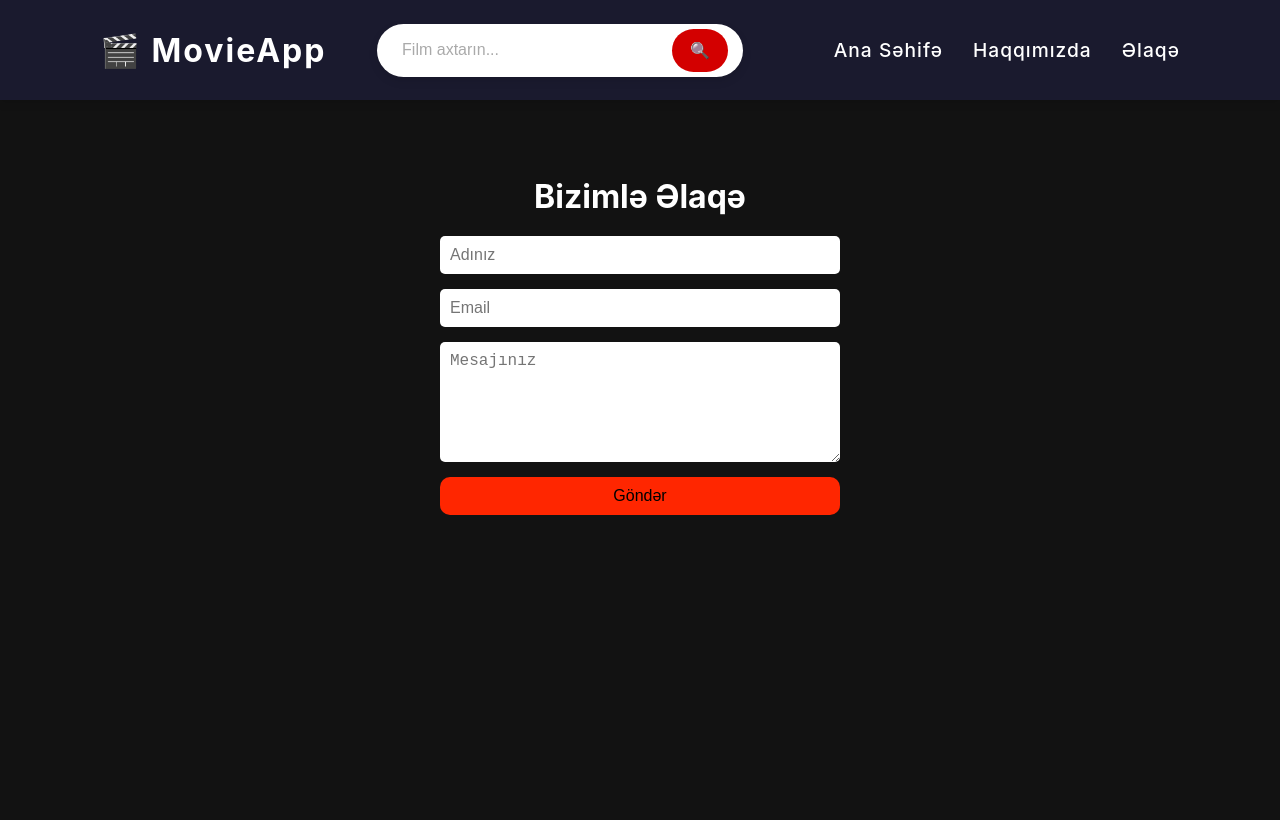
Repository: Zulfiyya077/InternIntelligence_MovieWebsite
Page: /contact
The author's editor kept a copy of each file at every save. The page is drawn from the files as they stood at one save, then again after the next save.
The browser window is 1280 px wide. The pictures show the whole page.
The project was rebuilt for these pictures with package versions that can differ from the ones it lists, and the page was loaded fresh each time. Also part of the build but not shown: vite.config.js, src/services/MovieService.jsx, src/components/MovieCard.module.css, src/components/MovieCard.jsx, src/pages/Home.module.css, src/pages/Home.jsx, src/pages/MovieDetailsPage.module.css, src/pages/MovieDetailsPage.jsx and 5 more.

Above is the page before, as saved 2025-02-24 02:12:35.

### src/App.jsx
import React from 'react';
import { BrowserRouter as Router, Routes, Route } from 'react-router-dom';
import Home from './pages/Home';
import MovieDetailsPage from './pages/MovieDetailsPage';
import Navbar from './components/Navbar';
import styles from './App.module.css';
import About from './pages/About';
import Contact from './pages/Contact';
import SearchResultsPage from './pages/SearchResultsPage';
SearchResultsPage
const App = () => {
    return (
        <Router>
            <div className={styles.app}>
                <Navbar />
                <Routes>
                    <Route path="/" element={<Home />} />
                    <Route path="/about" element={<About />} />
                    <Route path="/contact" element={<Contact />} />
                    <Route path="" element={<SearchResultsPage />} />
                    <Route path="/movie/:id" element={<MovieDetailsPage />} />
                </Routes>
            </div>
        </Router>
    );
};

export default App;

### src/components/Navbar.jsx
import React from 'react';
import { Link } from 'react-router-dom';
import SearchBar from './SearchBar';
import styles from './Navbar.module.css';

const Navbar = () => {
    return (
        <nav className={styles.navbar}>
            <div className={styles.logo}>
                <Link to="/">🎬 MovieApp</Link>
            </div>
            <SearchBar />
            <ul className={styles.navLinks}>
                <li><Link to="/">Ana Səhifə</Link></li>
                <li><Link to="/about">Haqqımızda</Link></li>
                <li><Link to="/contact">Əlaqə</Link></li>
            </ul>
        </nav>
    );
};

export default Navbar;

### src/pages/Contact.jsx
import React, { useState } from 'react';
import styles from './Contact.module.css';

const Contact = () => {
    const [name, setName] = useState('');
    const [email, setEmail] = useState('');
    const [message, setMessage] = useState('');

    const handleSubmit = (e) => {
        e.preventDefault();
        alert(`Təşəkkürlər, ${name}! Mesajınız göndərildi.`);
        setName('');
        setEmail('');
        setMessage('');
    };

    return (
        <div className={styles.contact}>
            <h2>Bizimlə Əlaqə</h2>
            <form onSubmit={handleSubmit}>
                <input
                    type="text"
                    placeholder="Adınız"
                    value={name}
                    onChange={(e) => setName(e.target.value)}
                    required
                />
                <input
                    type="email"
                    placeholder="Email"
                    value={email}
                    onChange={(e) => setEmail(e.target.value)}
                    required
                />
                <textarea
                    placeholder="Mesajınız"
                    value={message}
                    onChange={(e) => setMessage(e.target.value)}
                    required
                ></textarea>
                <button type="submit">Göndər</button>
            </form>
        </div>
    );
};

export default Contact;

### src/components/SearchBar.jsx
import React, { useState } from 'react';
import { useNavigate } from 'react-router-dom';
import styles from './SearchBar.module.css';

const SearchBar = () => {
    const [query, setQuery] = useState('');
    const navigate = useNavigate();

    const handleSearch = (e) => {
        e.preventDefault();
        if (query.trim()) {
            navigate(`/search/${query}`);
            setQuery('');
        }
    };

    return (
        <form onSubmit={handleSearch} className={styles.searchBar}>
            <input
                type="text"
                placeholder="Film axtarın..."
                value={query}
                onChange={(e) => setQuery(e.target.value)}
            />
            <button type="submit">🔍</button>
        </form>
    );
};

export default SearchBar;

### src/components/Navbar.module.css
/* Navbar */
.navbar {
    display: flex;
    align-items: center;
    justify-content: space-between;
    background-color: #2f2f3d; /* Daha qaranlıq bir fon */
    padding: 10px 100px;
    color: white;
    box-shadow: 0 4px 8px rgba(0, 0, 0, 0.1); /* Sıx kölgə əlavə edildi */
    position: sticky;
    top: 0;
    z-index: 1000;
    transition: background-color 0.3s ease;
    height: 80px;
}

.navbar:hover {
    background-color: #1a1a2e; /* Navbar-ın hover effekti */
}

.logo a {
    font-size: 2rem;
    color: white;
    text-decoration: none;
    font-weight: 700;
    letter-spacing: 2px;
    transition: transform 0.3s ease, color 0.3s ease;
}

.logo a:hover {
    transform: scale(1.1); /* Hover effekti ilə logo böyüyəcək */
    color: #ffcc00; /* Hoverda logo rəngi dəyişir */
}

.navLinks {
    list-style: none;
    display: flex;
    gap: 30px;
}

.navLinks li {
    position: relative;
}

.navLinks li a {
    color: white;
    text-decoration: none;
    font-size: 1.2rem;
    font-weight: 500;
    letter-spacing: 1px;
    transition: color 0.3s ease, transform 0.3s ease;
}

.navLinks li a:hover {
    color: #ffcc00;
    transform: translateY(-5px); /* Hoverda yuxarı doğru hərəkət edir */
}

/* Underline hover animation */
.navLinks li a::after {
    content: '';
    position: absolute;
    width: 0;
    height: 2px;
    background-color: #ffcc00;
    left: 50%;
    bottom: -5px;
    transition: width 0.3s, left 0.3s;
    transform: translateX(0%);
}

.navLinks li a:hover::after {
    width: 100%; /* Hover edildikdə alt xətt tam görünür */
    left: 0;
}

/* Animation for navbar items */
.navLinks li {
    animation: fadeInUp 0.5s ease-out forwards;
    opacity: 0;
}

.navLinks li:nth-child(1) {
    animation-delay: 0.2s;
}

.navLinks li:nth-child(2) {
    animation-delay: 0.3s;
}

.navLinks li:nth-child(3) {
    animation-delay: 0.4s;
}

.navLinks li:nth-child(4) {
    animation-delay: 0.5s;
}

/* FadeInUp animation for nav items */
@keyframes fadeInUp {
    from {
        opacity: 0;
        transform: translateY(20px);
    }
    to {
        opacity: 1;
        transform: translateY(0);
    }
}

/* Responsive Navbar */
@media (max-width: 768px) {
    .navbar {
        flex-direction: column;
        padding: 15px 25px;
    }

    .navLinks {
        flex-direction: column;
        gap: 15px;
        margin-top: 20px;
    }

    .logo a {
        font-size: 1.8rem;
    }

    .navLinks li a {
        font-size: 1.2rem;
    }
}

### src/pages/Contact.module.css
.contact {
    text-align: center;
    padding: 50px;
    color: white;
    background-color: #121212;
    height: calc(100vh - 100px);
}

.contact h2 {
    font-size: 2rem;
    margin-bottom: 20px;
}

.contact form {
    display: flex;
    flex-direction: column;
    max-width: 400px;
    margin: 0 auto;
    gap: 15px;
}

.contact input,
.contact textarea {
    padding: 10px;
    font-size: 1rem;
    border: none;
    border-radius: 5px;
}

.contact textarea {
    height: 100px;
}

.contact button {
    background-color: #ff2600;
    border: none;
    padding: 10px;
    font-size: 1rem;
    cursor: pointer;
    border-radius: 10px;
}

.contact button:hover {
    background-color: #e6b800;
}

### src/components/SearchBar.module.css
/* Search Bar */
.searchBar {
    display: flex;
    align-items: center;
    background-color: white;
    border-radius: 30px;
    box-shadow: 0 4px 10px rgba(0, 0, 0, 0.1);
    transition: box-shadow 0.3s ease, transform 0.3s ease;
    padding: 5px 15px;
}

.searchBar:hover {
    transform: scale(1.05); /* Search bar hover zamanı yavaşca böyüyür */
    box-shadow: 0 6px 15px rgba(0, 0, 0, 0.15); /* Hover zamanı kölgə daha da artır */
}

.searchBar input {
    border: none;
    padding: 10px;
    outline: none;
    font-size: 1rem;
    width: 250px;
    transition: width 0.3s ease, padding 0.3s ease;
    border-radius: 20px;
    color: #333;
    font-weight: 500;
}

.searchBar input:focus {
    width: 300px; /* Fokus halında genişlənir */
    padding: 12px;
    transition: all 0.3s ease;
}

.searchBar input::placeholder {
    color: #aaa;
    font-weight: 300;
    transition: color 0.3s ease;
}

.searchBar input:focus::placeholder {
    color: #ffcc00; /* Fokus halında placeholder rəngi dəyişir */
}

.searchBar button {
    background-color: #d30000;
    border: none;
    padding: 12px 18px;
    cursor: pointer;
    font-size: 1rem;
    color: white;
    border-radius: 30px;
    margin-left: 10px;
    transition: background-color 0.3s ease, transform 0.3s ease;
}

.searchBar button:hover {
    background-color: #e6b800; /* Hoverda button rəngi dəyişir */
    transform: scale(1.1); /* Hoverda böyümə effekti */
}

.searchBar button:active {
    background-color: #d49e00; /* Klikləmə effekti */
    transform: scale(1); /* Tıkladıqda normal ölçüyə dönər */
}

.searchBar button:focus {
    outline: none;
    box-shadow: 0 0 0 4px rgba(255, 204, 0, 0.6); /* Fokusda şəffaf sarı rəngdə kontur */
}

Loaded but not shown: index.html (common file); src/main.jsx (common file); src/index.css (common file)

After the next save:
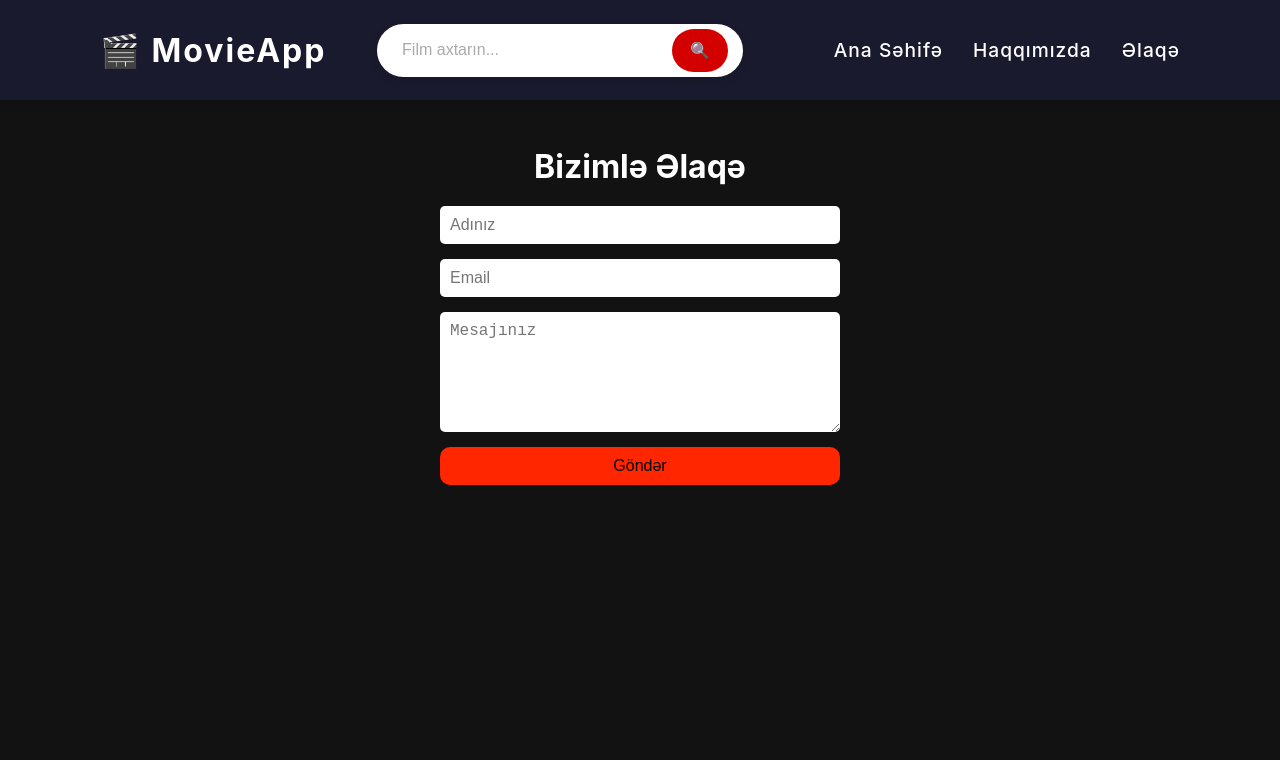
Saved 5 s later.
--- a/src/pages/Contact.module.css
+++ b/src/pages/Contact.module.css
@@ -1,6 +1,6 @@
 .contact {
     text-align: center;
-    padding: 50px;
+    padding: 20px;
     color: white;
     background-color: #121212;
     height: calc(100vh - 100px);
